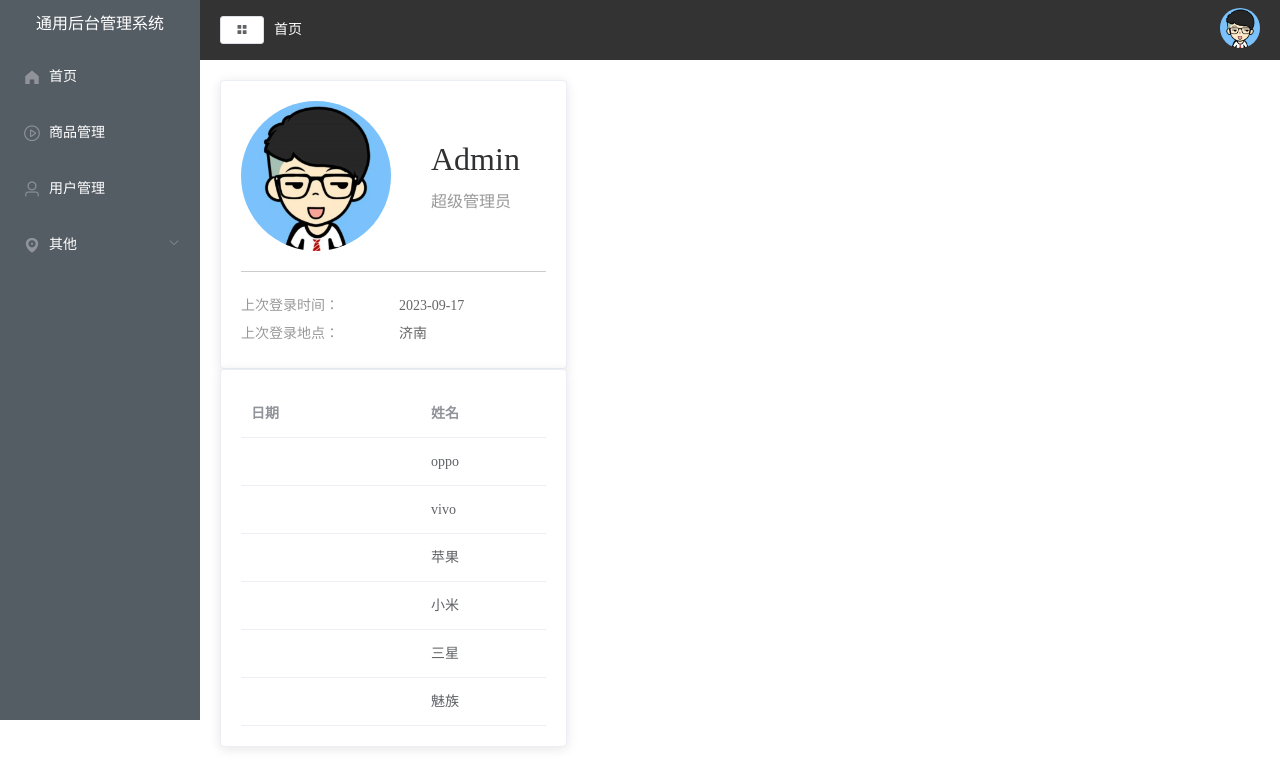
Repository: Francis200214/my-app
Page: /
The author's editor kept a copy of each file at every save. The page is drawn from the files as they stood at one save, then again after the next save.
The browser window is 1280 px wide. The pictures show the whole page.
The project was rebuilt for these pictures with package versions that can differ from the ones it lists, and the page was loaded fresh each time. Also part of the build but not shown: vue.config.js, src/views/User.vue, src/views/Mall.vue, src/views/other/PageOne.vue, src/views/other/PageTwo.vue.

Above is the page before, as saved 2023-05-22 21:57:32.

After the next save:
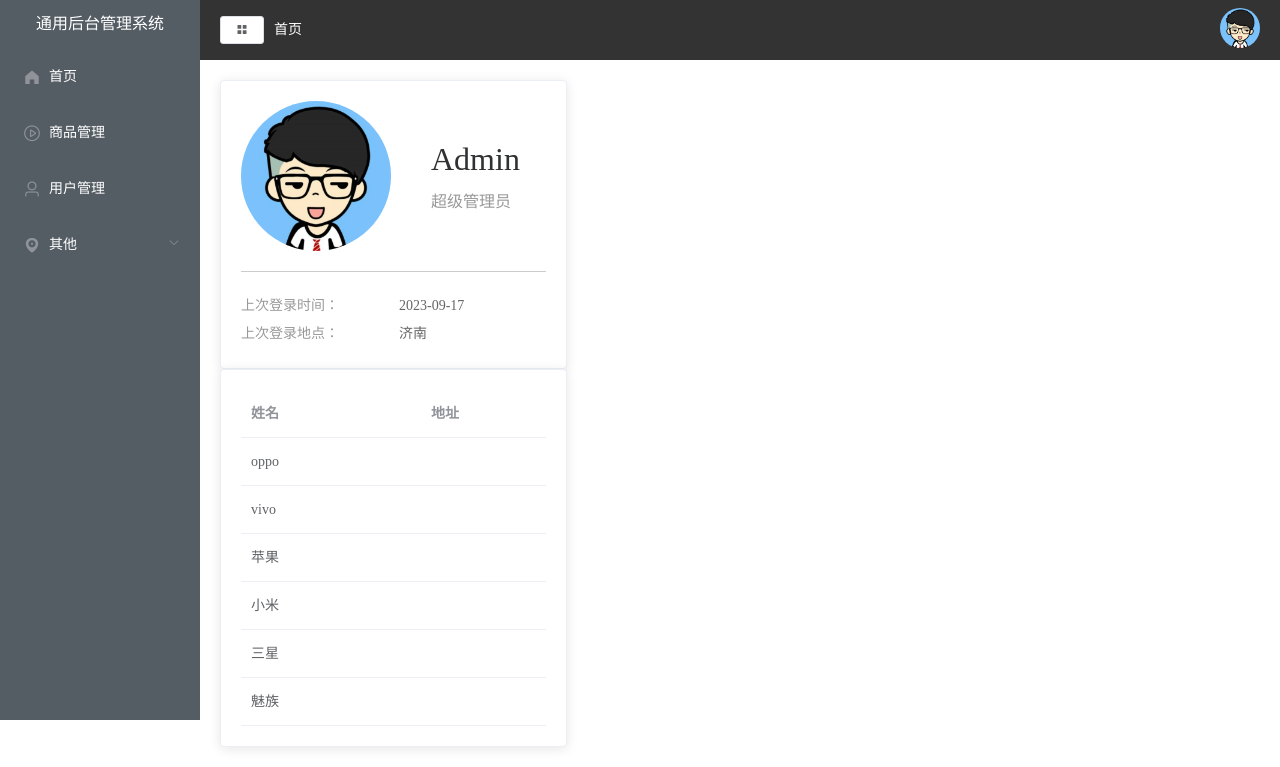
Saved 2 min 21 s later.
--- a/src/views/Home.vue
+++ b/src/views/Home.vue
@@ -18,7 +18,7 @@
 
             <el-card class="box-card">
                 <el-table :data="tableData" style="width: 100%">
-                    <el-table-column prop="date" label="日期" width="180">
+                    <el-table-column prop="date" label=" width="180">
                     </el-table-column>
                     <el-table-column prop="name" label="姓名" width="180">
                     </el-table-column>
